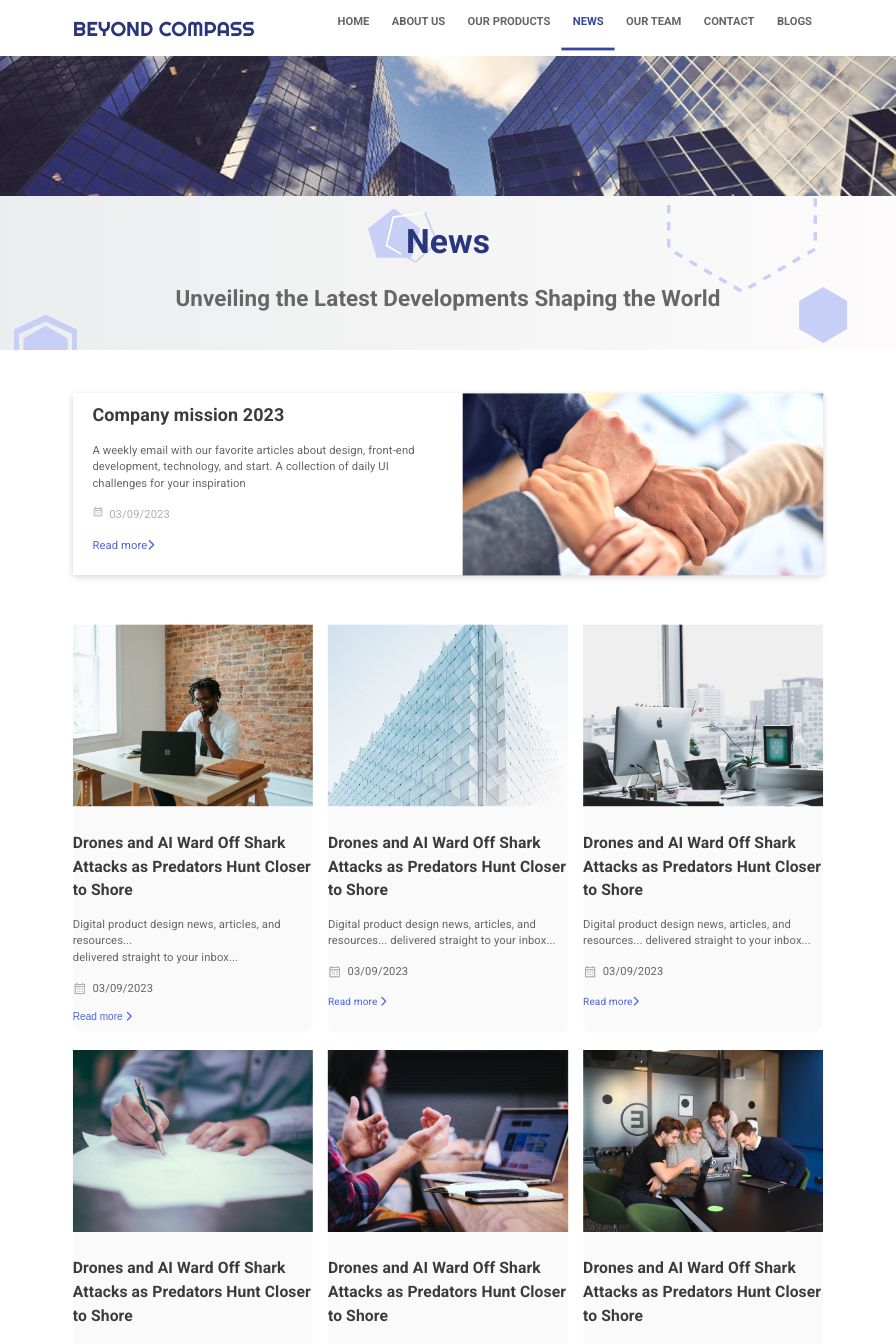
Repository: trunghau06/baitapRn
Page: pages/news.html
The author's editor kept a copy of each file at every save. The page is drawn from the files as they stood at one save, then again after the next save.
The browser window is 1280 px wide. The pictures show the part of the page from y = 0 to 1920 px (the page is 3352 px tall before and 3472 px after), at 70% of full size.

Above is the page before, as saved 2025-10-15 20:15:11.

After the next save:
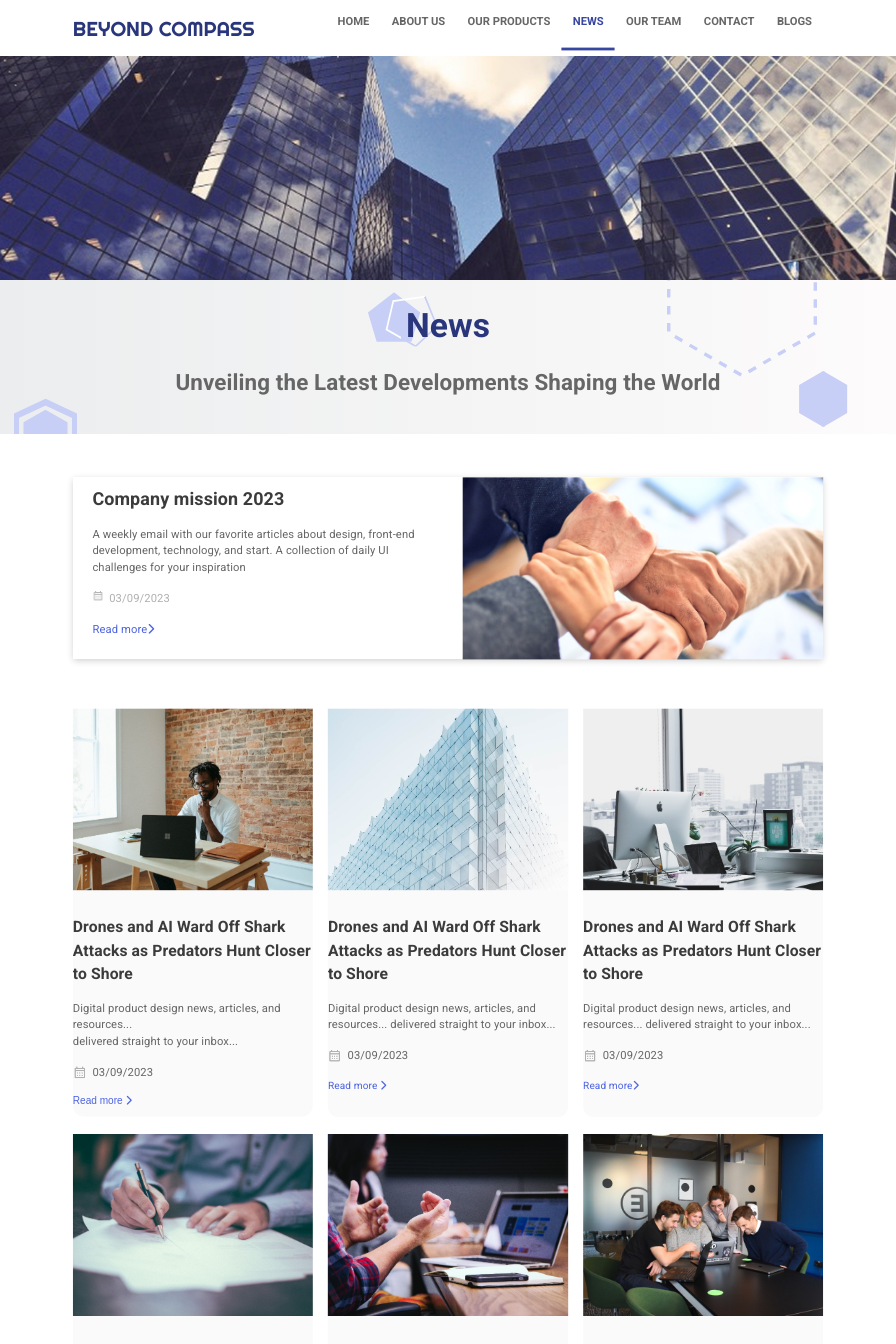
Saved 13 s later.
--- a/style/news.css
+++ b/style/news.css
@@ -74,9 +74,8 @@ nav {
 
 /* Banner */
 .header-banner {
-    margin-top: 80px;
-    width: 100%;
-    height: 200px;
+    width: 100%;
+    height: 400px;
     background-image: url('../Images/anhHeader_4.png');
     background-size: cover;
     background-position: center;
